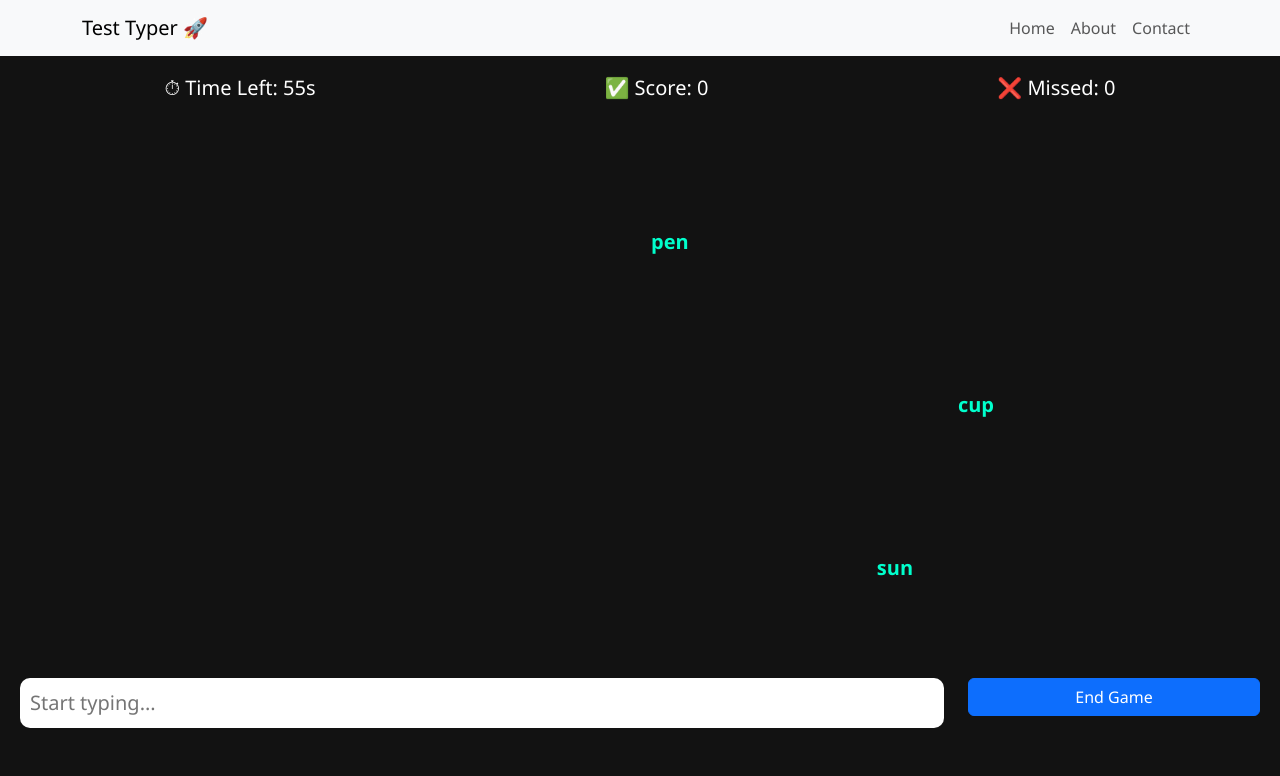
Repository: SHAHZADcodr/typing-test-react
Page: /game
These files come from the project's save history. The page is drawn as it stood at one moment and after the next save; the edit follows.
The browser window is 1280 px wide. The pictures show the whole page.
The project was rebuilt for these pictures with package versions that can differ from the ones it lists, and the page was loaded fresh each time. Also part of the build but not shown: src/pages/Home.jsx, src/pages/About.jsx, src/pages/Contact.jsx. Imported but missing from the stored project, and not drawn on this page: src/assets/pop.mp3.

Above is the page before, as saved 2025-04-08 22:08:46.

After the next save:
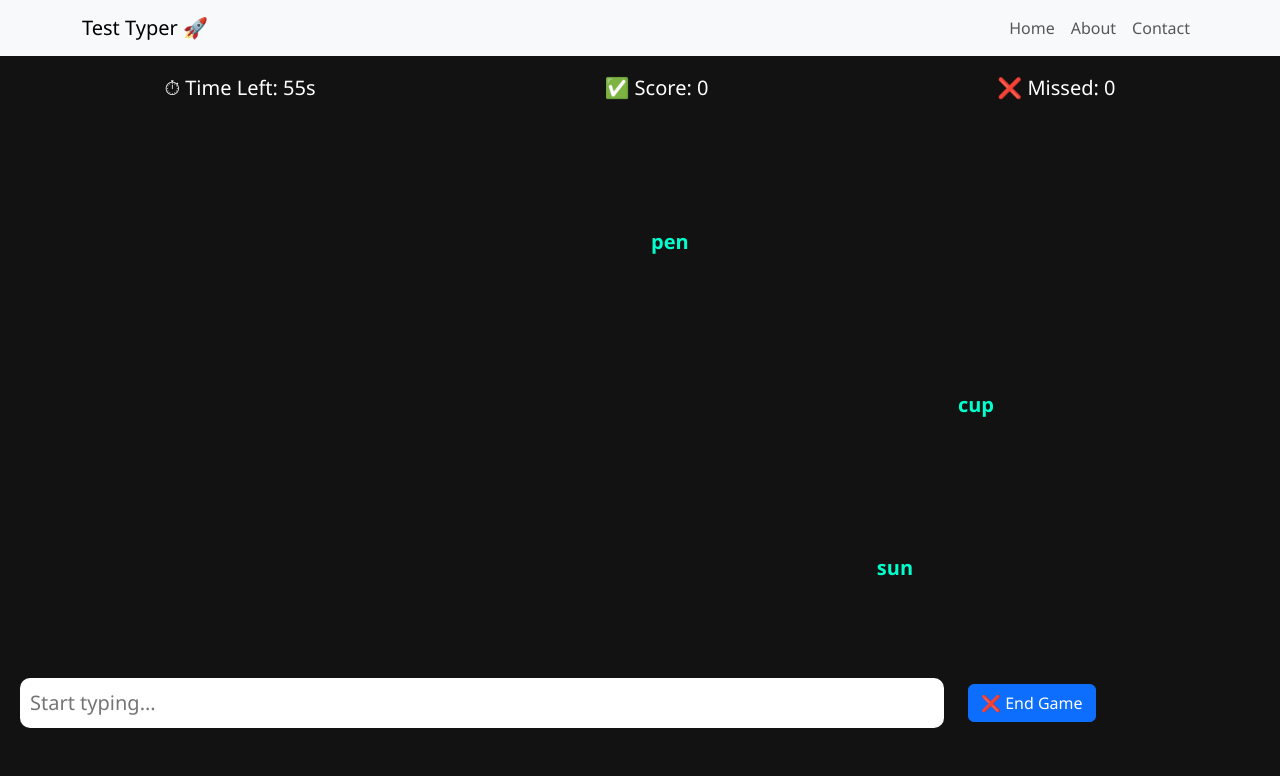
Saved 4 min 23 s later.
--- a/src/pages/Game.jsx
+++ b/src/pages/Game.jsx
@@ -81,17 +81,10 @@ const Game = () => {
       highlightAndRemove(found.id, 'green');
       setTyped('');
     } else if (input.trim().length > 0) {
-      const wrongWord = {
-        id: wordId.current++,
-        text: input.trim(),
-        top: 10,
-        left: 40,
-        color: 'red',
-      };
-      setWords((prev) => [...prev, wrongWord]);
-      setTimeout(() => {
-        setWords((prev) => prev.filter((w) => w.id !== wrongWord.id));
-      }, 500);
+      const wrong = words.find((w) => w.text !== input.trim());
+      if (wrong) {
+        highlightAndRemove(wrong.id, 'red');
+      }
       setTyped('');
     }
   };
@@ -135,7 +128,7 @@ const Game = () => {
         ))}
       </div>
 
-      <Row className="mt-3">
+      <Row className="mt-3 align-items-center">
         <Col xs={9}>
           <input
             type="text"
@@ -147,7 +140,12 @@ const Game = () => {
           />
         </Col>
         <Col xs={3}>
-          <Button onClick={endGame} className="w-100">End Game</Button>
+          <Button
+            onClick={endGame}
+            className="end-game-button"
+          >
+            ❌ End Game
+          </Button>
         </Col>
       </Row>
     </Container>
